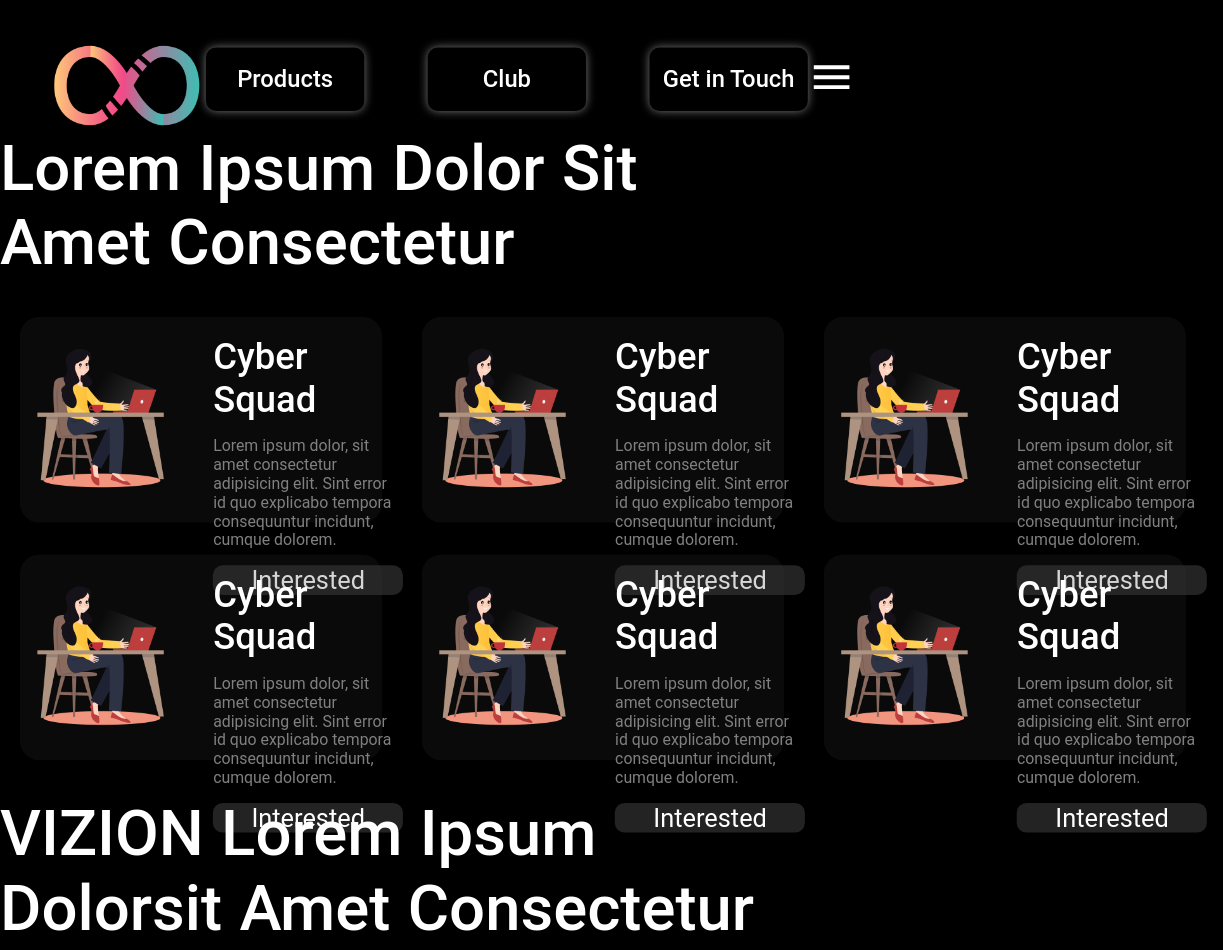
Repository: kapil4457/vizion-internship-project
Page: /
An editor plug-in stored every save of this project. The page is shown before and after the next save, followed by the edit.
The browser window is 768 px wide. The page is 1235 px wide, so the pictures cover 1235 px, including what lies to the right of the window. The pictures show the whole page, at 99% of full size.
The project was rebuilt for these pictures with package versions that can differ from the ones it lists, and the page was loaded fresh each time. Also part of the build but not shown: src/index.css.

Above is the page before, as saved 2022-10-29 10:32:22.

After the next save:
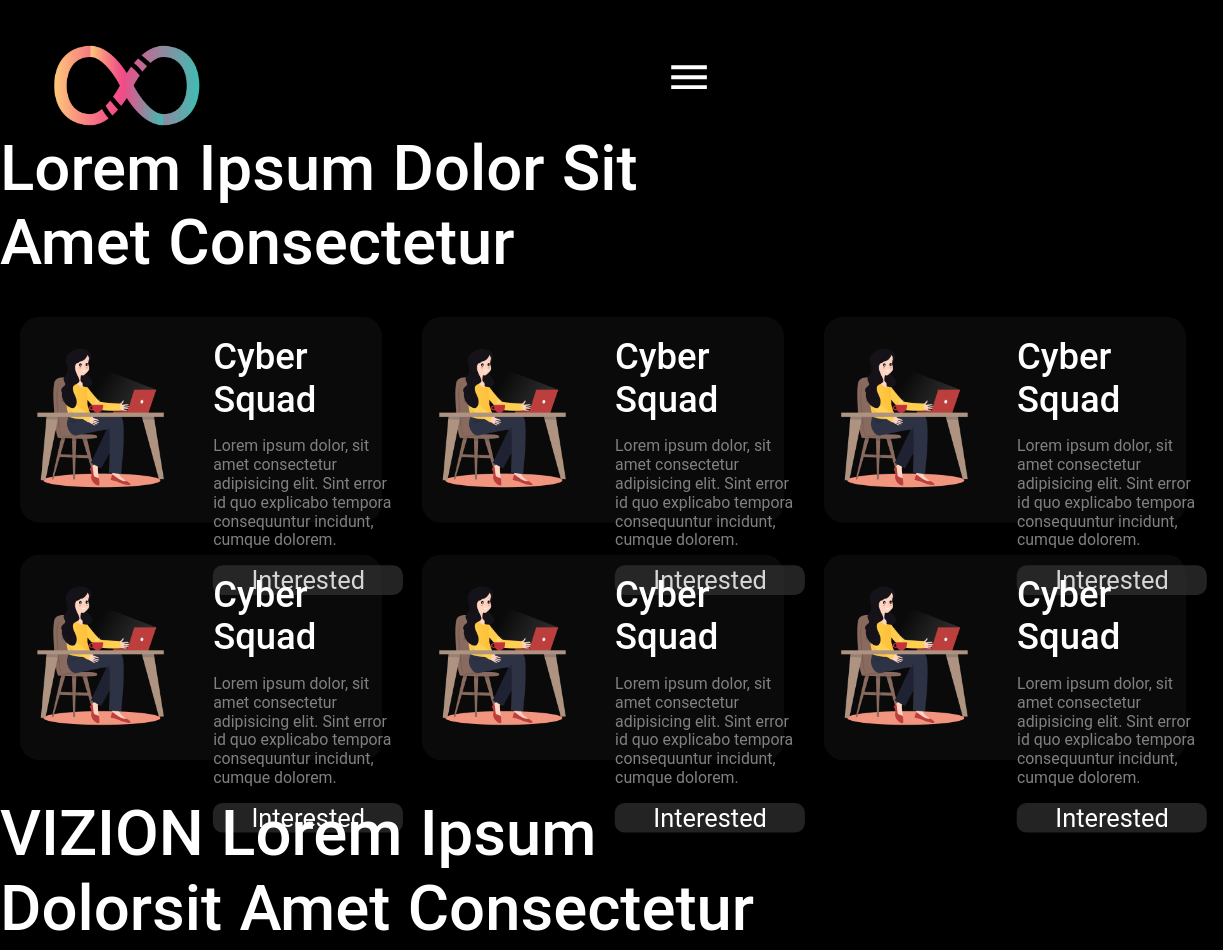
Saved 48 s later.
--- a/src/components/Header/Header.css
+++ b/src/components/Header/Header.css
@@ -47,7 +47,7 @@
 
 
    @media (max-width:768px ){
-    .right-header{
+   .main-header >.right-header{
         display:none;
     }
     .right-ham{
